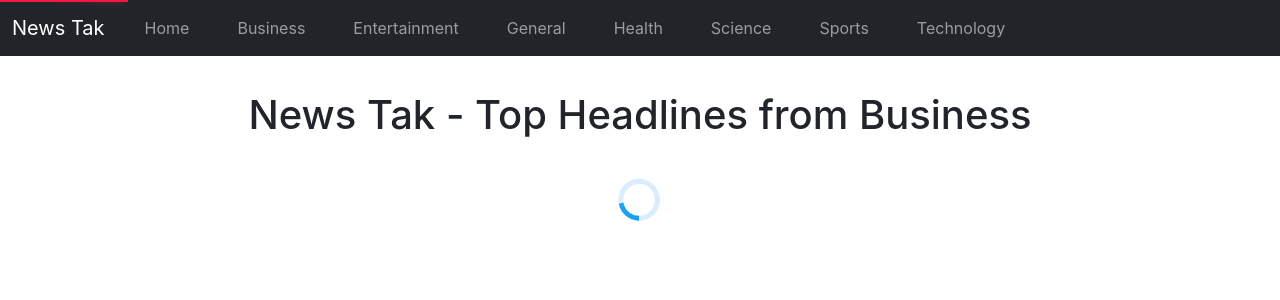
Repository: Rohit-foryou/News-website
Page: /business
An editor plug-in stored every save of this project. The page is shown before and after the next save, followed by the edit.
The browser window is 1280 px wide. The pictures show the whole page.
The page's requests for data from a server got no answer. The project was rebuilt for these pictures with package versions that can differ from the ones it lists, and the page was loaded fresh each time. No one was signed in, and anything a server would have sent is missing. Also part of the build but not shown: src/Components/NewsItem.js.

Above is the page before, as saved 2024-01-12 11:20:54.

After the next save:
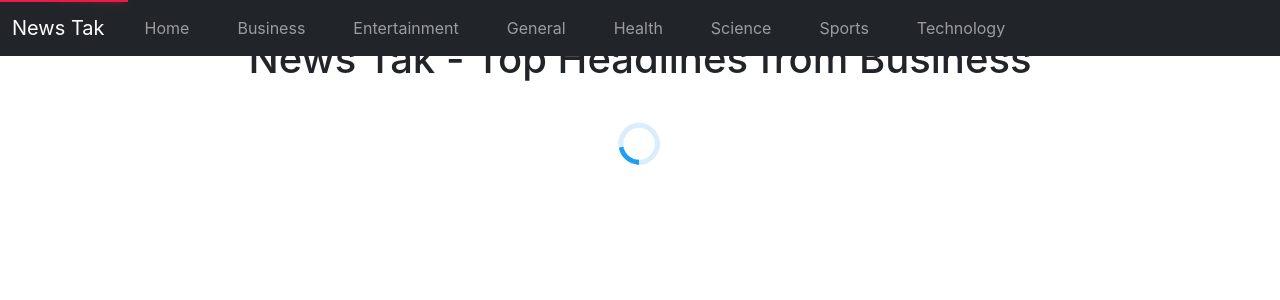
Saved 2 min 13 s later.
--- a/src/Components/NavBar.js
+++ b/src/Components/NavBar.js
@@ -5,7 +5,7 @@ const NavBar = () => {
 
   return (
     <div>
-      <nav className="navbar navbar-expand-lg navbar-dark bg-dark">
+      <nav className="navbar fixed-top navbar-expand-lg navbar-dark bg-dark">
         <div className="container-fluid">
           <Link className="navbar-brand" to="/">
             News Tak
